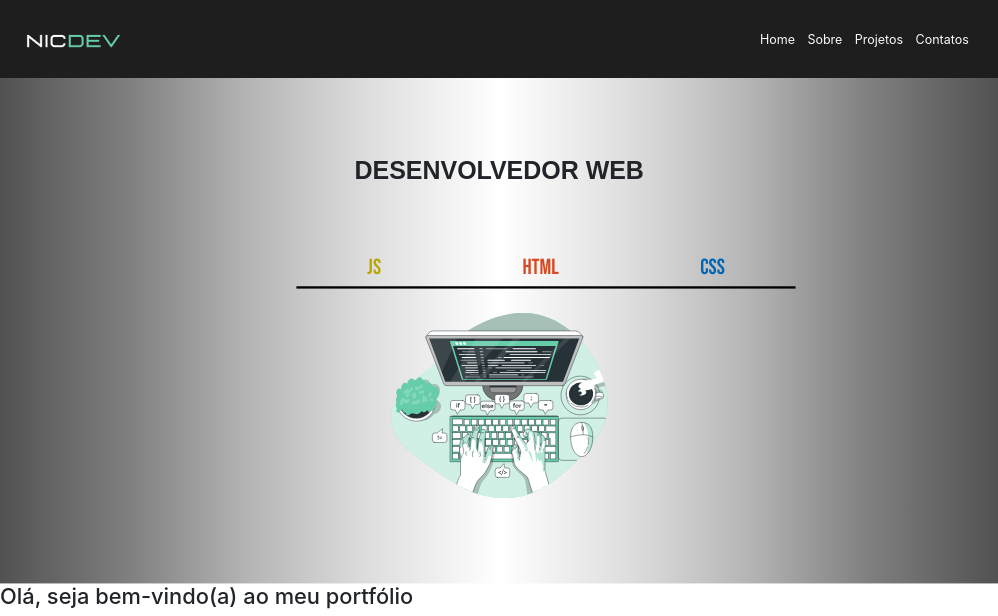
Repository: Leonngc/nicdev
Page: index.html
An editor plug-in stored every save of this project. The page is shown before and after the next save, followed by the edit.
The browser window is 1280 px wide. The pictures show the whole page, at 78% of full size.
Some web libraries are served in a nearby version.

Above is the page before, as saved 2023-04-14 11:57:50.

### index.html
<!DOCTYPE html>
<html lang="pt-br">
  <head>
    <meta charset="UTF-8" />
    <meta http-equiv="X-UA-Compatible" content="IE=edge" />
    <meta name="viewport" content="width=device-width, initial-scale=1.0" />
    <link rel="stylesheet" href="https://stackpath.bootstrapcdn.com/bootstrap/4.1.3/css/bootstrap.min.css" integrity="sha384-MCw98/SFnGE8fJT3GXwEOngsV7Zt27NXFoaoApmYm81iuXoPkFOJwJ8ERdknLPMO" crossorigin="anonymous">
    <link rel="stylesheet" href="styles/gradiente.css">
    <title>nicdev</title>
  </head>
  <body>

    <header>
      <nav class="navbar navbar-expand-lg navbar-dark" style="background-color: #1E1E1E; padding: 30px;">
        <a class="navbar-brand" href="#" ><img src="images/nicdev-logo.png" alt="" style="width: 130px;"></a>
        <button class="navbar-toggler" type="button" data-toggle="collapse" data-target="#navbarNav" aria-controls="navbarNav" aria-expanded="false" aria-label="Alterna navegação">
          <span class="navbar-toggler-icon"></span>
        </button>
        <div class="collapse navbar-collapse justify-content-end" id="navbarNav">
          <ul class="navbar-nav" >
            <li class="nav-item active">
              <a class="nav-link text-light " href="#">Home <span class="sr-only">(Página atual)</span></a>
            </li>
            <li class="nav-item">
              <a class="nav-link text-light" href="#">Sobre</a>
            </li>
            <li class="nav-item ">
              <a class="nav-link text-light" href="#">Projetos</a>
            </li>
            <li class="nav-item">
              <a class="nav-link text-light" href="#">Contatos</a>
            </li>
          </ul>
        </div>
      </nav>
    </header>

    <div class="contain">
      <h2>DESENVOLVEDOR WEB</h2>
      <div class="skills">
        <span style="color: #baa704;">JS</span>
        <span style="color: #D84924;">HTML</span>
        <span style="color: #0066B6;">CSS</span>
      </div>

      <img src="images/Code typing-bro.svg" alt="" class="code-image">
    </div>

    <main>
      <div >
        <h3>
          Olá, seja bem-vindo(a) ao meu portfólio
        </h3>
      </div>
    </main>

    <script src="https://code.jquery.com/jquery-3.3.1.slim.min.js" integrity="sha384-q8i/X+965DzO0rT7abK41JStQIAqVgRVzpbzo5smXKp4YfRvH+8abtTE1Pi6jizo" crossorigin="anonymous"></script>
    <script src="https://cdnjs.cloudflare.com/ajax/libs/popper.js/1.14.3/umd/popper.min.js" integrity="sha384-ZMP7rVo3mIykV+2+9J3UJ46jBk0WLaUAdn689aCwoqbBJiSnjAK/l8WvCWPIPm49" crossorigin="anonymous"></script>
    <script src="https://stackpath.bootstrapcdn.com/bootstrap/4.1.3/js/bootstrap.min.js" integrity="sha384-ChfqqxuZUCnJSK3+MXmPNIyE6ZbWh2IMqE241rYiqJxyMiZ6OW/JmZQ5stwEULTy" crossorigin="anonymous"></script>
  </body>
</html>

### styles/gradiente.css
@import url('https://fonts.googleapis.com/css2?family=Bebas+Neue&display=swap'); /* CDN GOOGLE  FONT */
@import url('https://cdn-uicons.flaticon.com/uicons-solid-straight/css/uicons-solid-straight.css'); */
@font-face {
    font-family: Lastica;
    src: url(../fonts/instrg.ttf)
}

*{
    max-width: 100vw;
}

:root{
 --bebas-neue : 'Bebas Neue', cursive;
}

body{
    overflow-x: hidden;
}

.contain{
    margin: auto;
    width: 100vw;
    height: 90vh;
   justify-content: center;
   text-align: center;
   padding-top: 100px;

   background-image: linear-gradient(
  270deg,
  hsl(0, 0%, 32%) 0%,
  hsl(0deg 0% 50%) 13%,
  hsl(0deg 0% 71%) 25%,
  hsl(0deg 0% 87%) 37%,
  hsl(0deg 0% 100%) 50%,
  hsl(0deg 0% 87%) 63%,
  hsl(0deg 0% 71%) 75%,
  hsl(0deg 0% 50%) 87%,
  hsl(0deg 0% 32%) 100%
);

}


h2{
    font-family: Lastica, sans-serif;
    font-weight: bold;
}

.skills{
    width: 50%;
    display: flex;
    justify-content: space-around;
    margin-left: 380px;
    margin-right: 380px;
    margin-top: 80px;
    border-bottom: 3px solid black;
}

.skills > span{
    font-size: 28px;
    font-family: var(--bebas-neue), sans-serif;
    color: #4BC6B9;
    padding: 3px;
}

.code-image{
    width: 300px;

}

@media screen and (max-width: 900px) {
    .skills{
        margin: auto;
    }
}

After the next save:
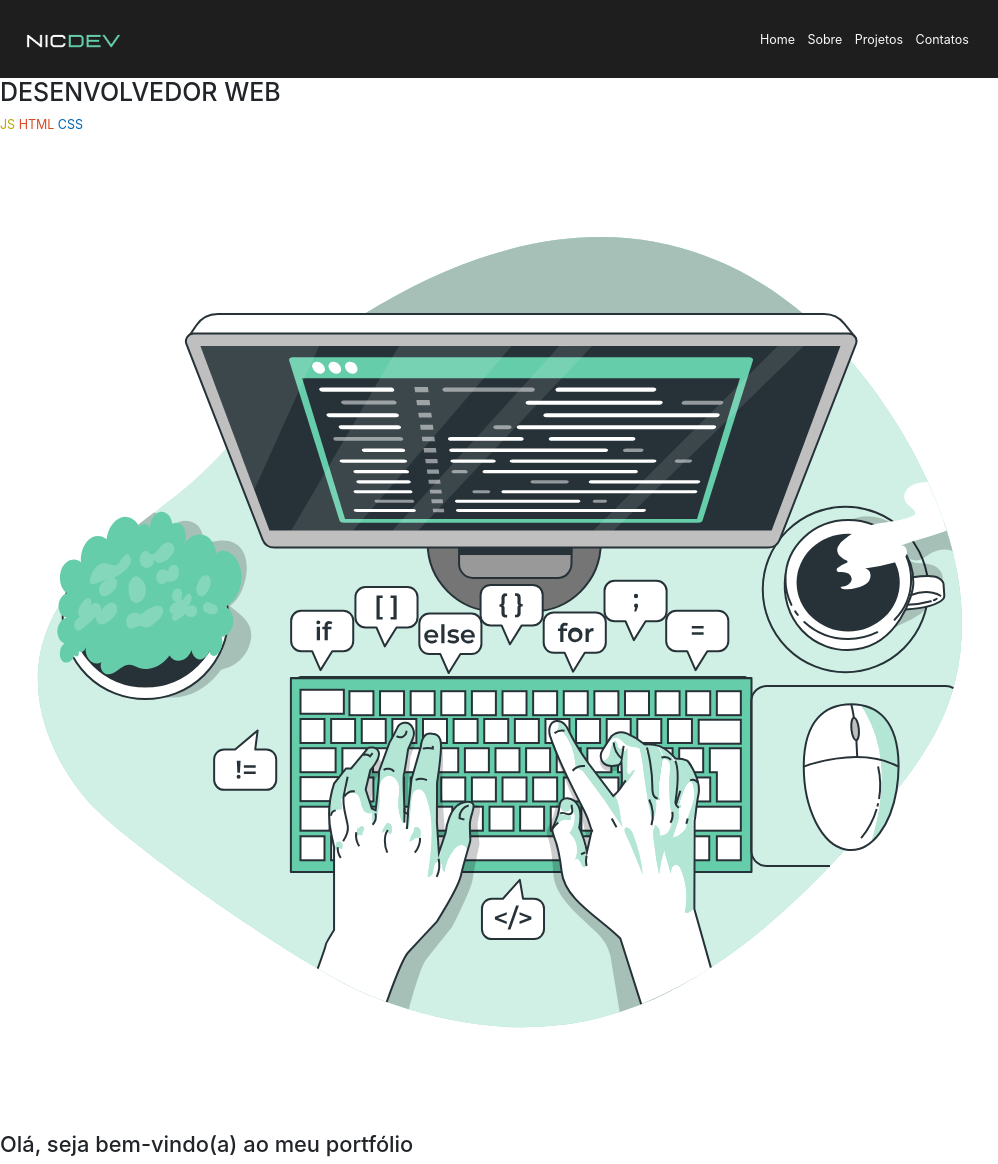
Saved 5 s later.
--- a/styles/gradiente.css
+++ b/styles/gradiente.css
@@ -1,5 +1,5 @@
 @import url('https://fonts.googleapis.com/css2?family=Bebas+Neue&display=swap'); /* CDN GOOGLE  FONT */
-@import url('https://cdn-uicons.flaticon.com/uicons-solid-straight/css/uicons-solid-straight.css'); */
+@import url('https://cdn-uicons.flaticon.com/uicons-solid-straight/css/uicons-solid-straight.css'); /* CDN
 @font-face {
     font-family: Lastica;
     src: url(../fonts/instrg.ttf)

After the 2 saves that followed:
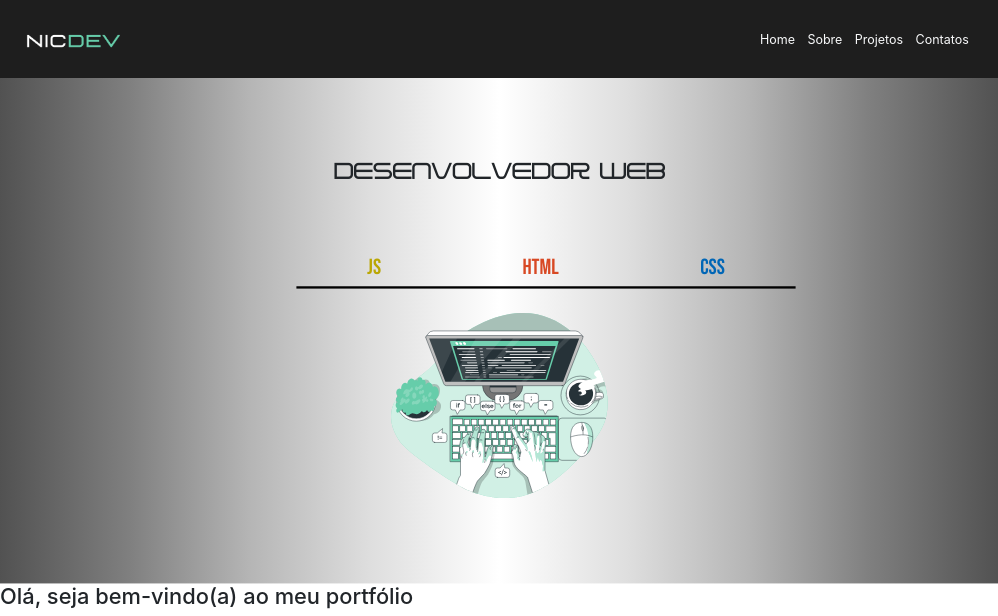
The 2 saves are shown as one change because 1 left the picture as it was.
The last was saved 3 s later.
--- a/styles/gradiente.css
+++ b/styles/gradiente.css
@@ -1,5 +1,5 @@
 @import url('https://fonts.googleapis.com/css2?family=Bebas+Neue&display=swap'); /* CDN GOOGLE  FONT */
-@import url('https://cdn-uicons.flaticon.com/uicons-solid-straight/css/uicons-solid-straight.css'); /* CDN
+@import url('https://cdn-uicons.flaticon.com/uicons-solid-straight/css/uicons-solid-straight.css'); /* CDN ICON*/
 @font-face {
     font-family: Lastica;
     src: url(../fonts/instrg.ttf)
